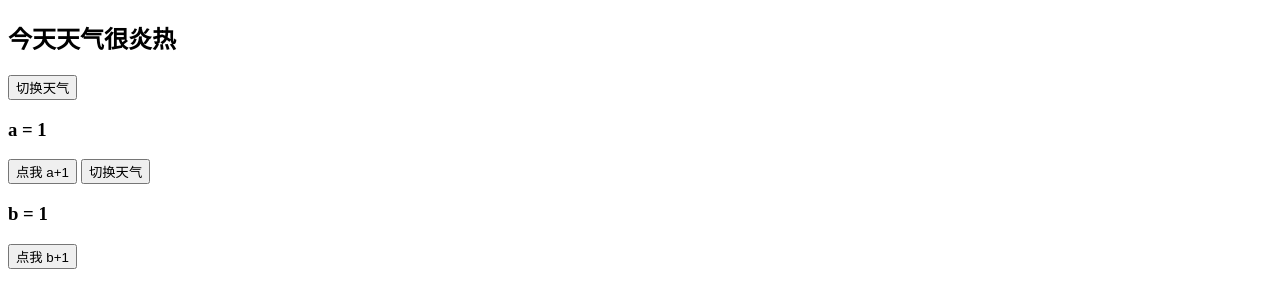
Repository: reggiepy/vueLeaning
Page: 08 监视属性/3. 天气案例_深度监视 copy.html
An editor plug-in stored every save of this project. The page is shown before and after the next save, followed by the edit.
The browser window is 1280 px wide. The pictures show the whole page.

Above is the page before, as saved 2021-12-19 17:38:38.

### 08 监视属性/3. 天气案例_深度监视 copy.html
<!DOCTYPE html>
<html lang="en">
  <head>
    <meta charset="UTF-8" />
    <meta http-equiv="X-UA-Compatible" content="IE=edge" />
    <meta name="viewport" content="width=device-width, initial-scale=1.0" />
    <title>天气案例-深度监视</title>
    <script src="../js/vue.js"></script>
  </head>
  <body>
    <div id="root">
      <h2>今天天气很{{info}}</h2>
      <button @click="changeWeather">切换天气</button>
      <h3>a = {{numbers.a}}</h3>
      <button @click="numbers.a++">点我 a+1</button>
      <button @click="changeWeather">切换天气</button>
      <h3>b = {{numbers.b}}</h3>
      <button @click="numbers.b++">点我 b+1</button>
    </div>
  </body>
  <script>
    Vue.config.productionTip = false;
    const vm = new Vue({
      el: "#root",
      data: {
        isHot: true,
        numbers: {
          a: 1,
          b: 1,
        },
      },
      computed: {
        info() {
          return this.isHot ? "炎热" : "凉爽";
        },
      },
      methods: {
        changeWeather() {
          this.isHot = !this.isHot;
        },
      },
      watch: {
        isHot: {
          // 初始化时handler函数是否调用
          // immediate: true,
          // handler什么时候调用？ isHot 被修改后会调用
          handler(newValue, oldValue) {
            console.log(
              "isHot 被修改了，新的值",
              newValue,
              "旧的值：",
              oldValue
            );
          },
        },
        // // 监视多级结构中某个属性的变化
        // "numbers.a": {
        //   handler() {
        //     console.log("a 改变了");
        //   },
        // },
        numbers:{
          handler() {
            console.log("numbers 变了")
          }
        }
      },
    });
    console.log(vm);
  </script>
</html>

Loaded but not shown: js/vue.js (library)

After the next save:
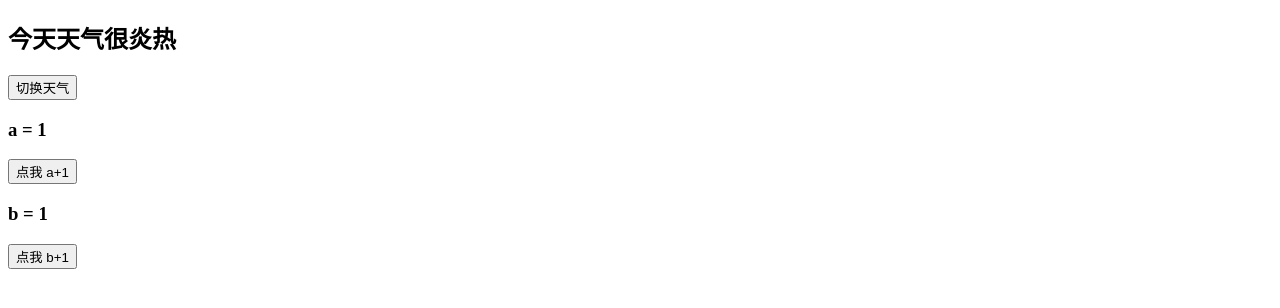
Saved 14 s later.
--- a/08 监视属性/3. 天气案例_深度监视 copy.html
+++ b/08 监视属性/3. 天气案例_深度监视 copy.html
@@ -13,7 +13,6 @@
       <button @click="changeWeather">切换天气</button>
       <h3>a = {{numbers.a}}</h3>
       <button @click="numbers.a++">点我 a+1</button>
-      <button @click="changeWeather">切换天气</button>
       <h3>b = {{numbers.b}}</h3>
       <button @click="numbers.b++">点我 b+1</button>
     </div>
